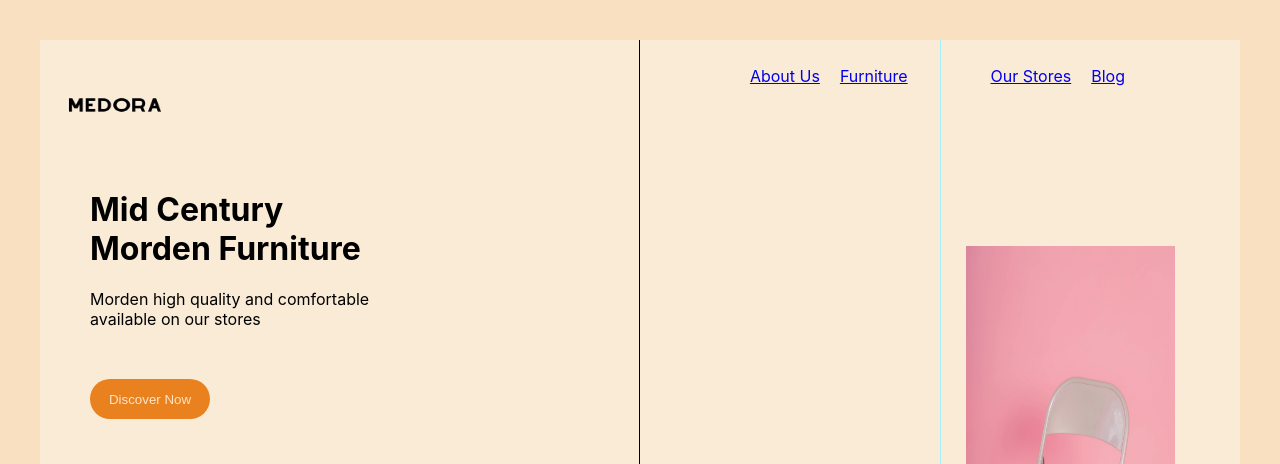
Repository: SbuKhoza/medora
Page: /
These files come from the project's save history. The page is drawn as it stood at one moment and after the next save; the edit follows.
The browser window is 1280 px wide. The pictures show the part of the page from y = 0 to 464 px (the page is 1010 px tall).
Pictures or frames that could not be fetched are drawn as grey boxes. The project was rebuilt for these pictures with package versions that can differ from the ones it lists, and the page was loaded fresh each time.

Above is the page before, as saved 2024-07-12 08:44:59.

After the next save:
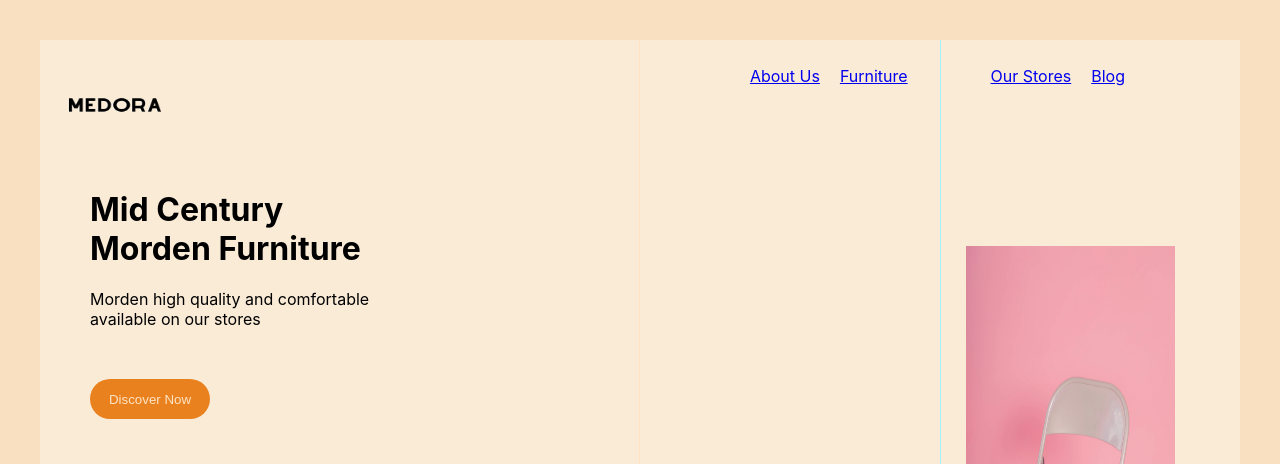
Saved 26 s later.
--- a/src/App.css
+++ b/src/App.css
@@ -22,7 +22,7 @@ body {
   height: 100vh;
   width: 50%;
   border-right: 0.5px solid;
-  border-color: ;
+  border-color: bisque;
 
 }
 
